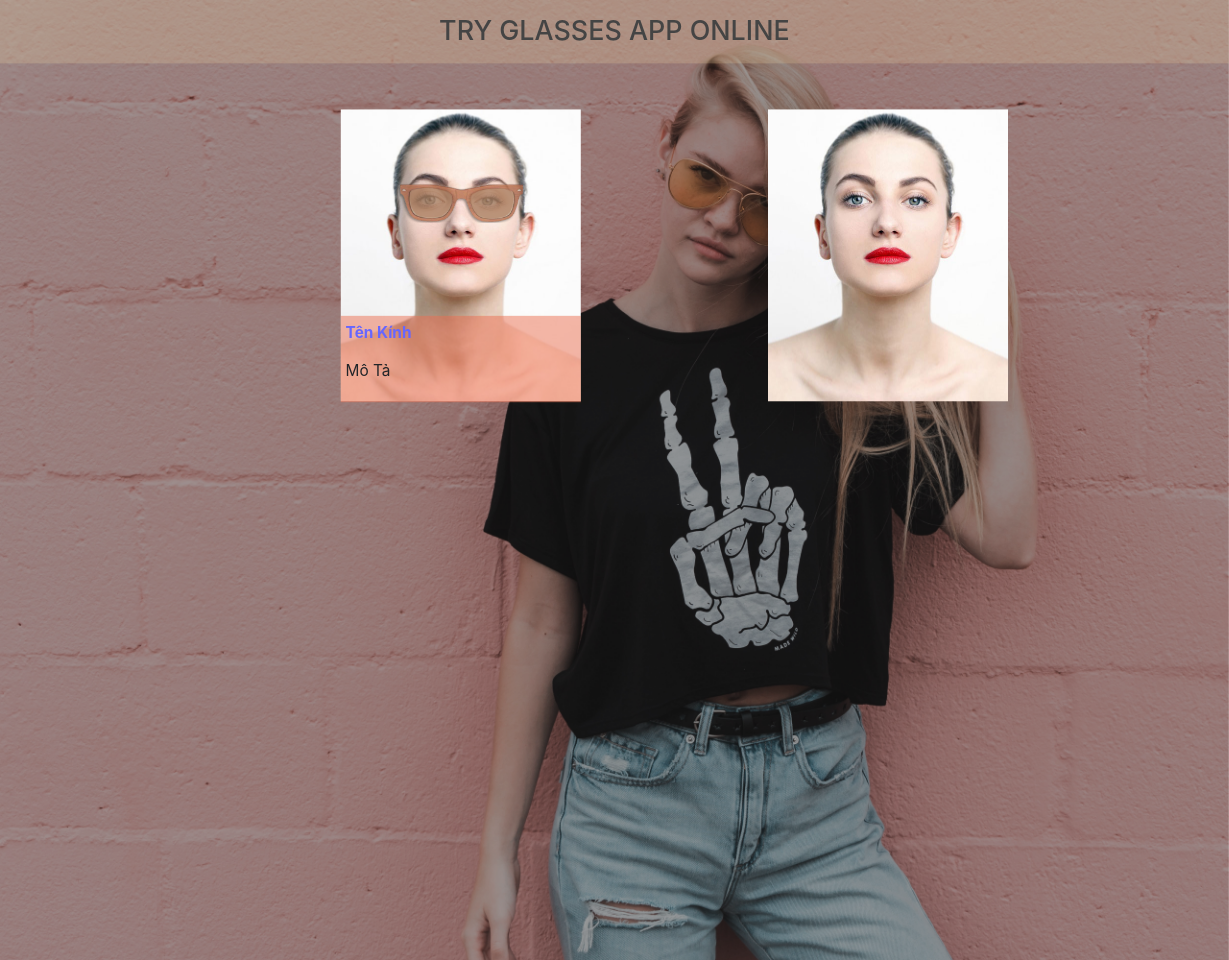
Repository: LeHieuSP/Baitapthukinh_LTH_FE70
Page: /
The author's editor kept a copy of each file at every save. The page is drawn from the files as they stood at one save, then again after the next save.
The browser window is 1280 px wide. The pictures show the whole page, at 96% of full size.
The project was rebuilt for these pictures with package versions that can differ from the ones it lists, and the page was loaded fresh each time. Also part of the build but not shown: src/index.css, src/App.css, src/redux/actions/BaiTapDatVeAction.js, src/BaiTapRedux/BaiTapBookingTicket/ThongTinDatGhe.js, src/BaiTapRedux/BaiTapBookingTicket/HangGhe.js, src/BaiTapRedux/BaiTapBookingTicket/BaiTapBookingTicket.js.

Above is the page before, as saved 2022-03-09 23:05:07.

After the next save:
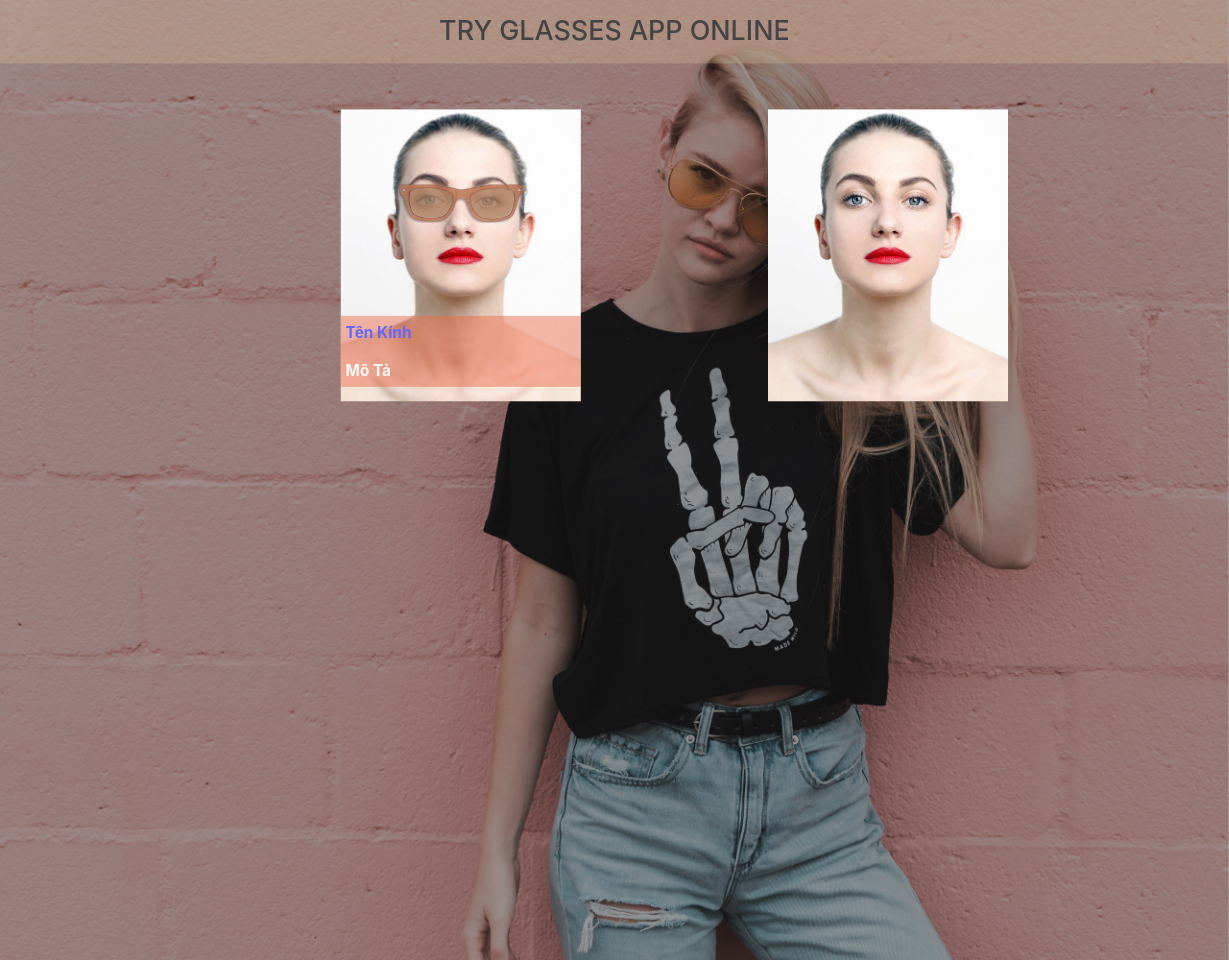
Saved 3 min 22 s later.
--- a/src/BaiTapThuKinh/BaiTapThuKinh.js
+++ b/src/BaiTapThuKinh/BaiTapThuKinh.js
@@ -51,7 +51,7 @@
                 />
                 <div style={infoGlasses} className="position-relative">
                   <p style={{color:'#6666FF'}} className="font-weight-bold ">Tên Kính</p>
-                  <p>Mô Tả</p>
+                  <span className="font-weight-bold text-light">Mô Tả</span>
 
                   </div>
                 </div>
